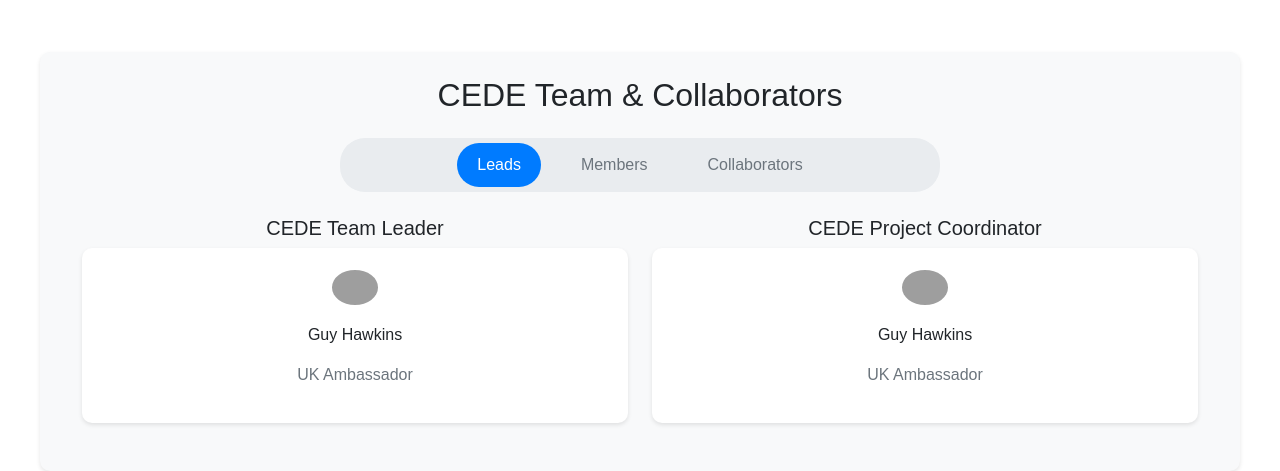
Repository: devashrisamani/CEDE-Website
Page: website/index.html
The author's editor kept a copy of each file at every save. The page is drawn from the files as they stood at one save, then again after the next save.
The browser window is 1280 px wide. The pictures show the part of the page from y = 2597 to 3068 px (the page is 3068 px tall).
Pictures or frames that could not be fetched are drawn as grey boxes. A picture or video elsewhere on the page could not be fetched, so the positions and the page height are approximate.

Above is the page before, as saved 2024-06-19 16:41:19.
Console error: TypeError: Cannot read properties of null (reading 'addEventListener')

After the next save:
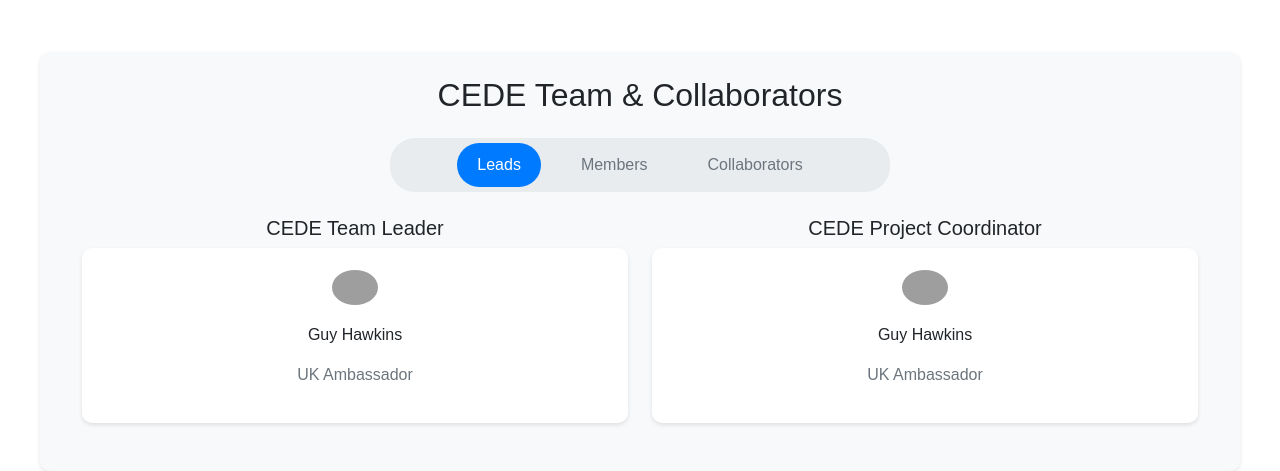
Saved 111 s later.
--- a/website/styles.css
+++ b/website/styles.css
@@ -105,7 +105,7 @@ header p {
   background-color: #e9ecef; /* Light grey background for the toggle container */
   border-radius: 25px;
   padding: 5px;
-  max-width: 600px; /* Adjust this value to control the length */
+  max-width: 500px; /* Adjust this value to control the length */
   margin: 0 auto; /* Center the toggle buttons container */
 }
 
